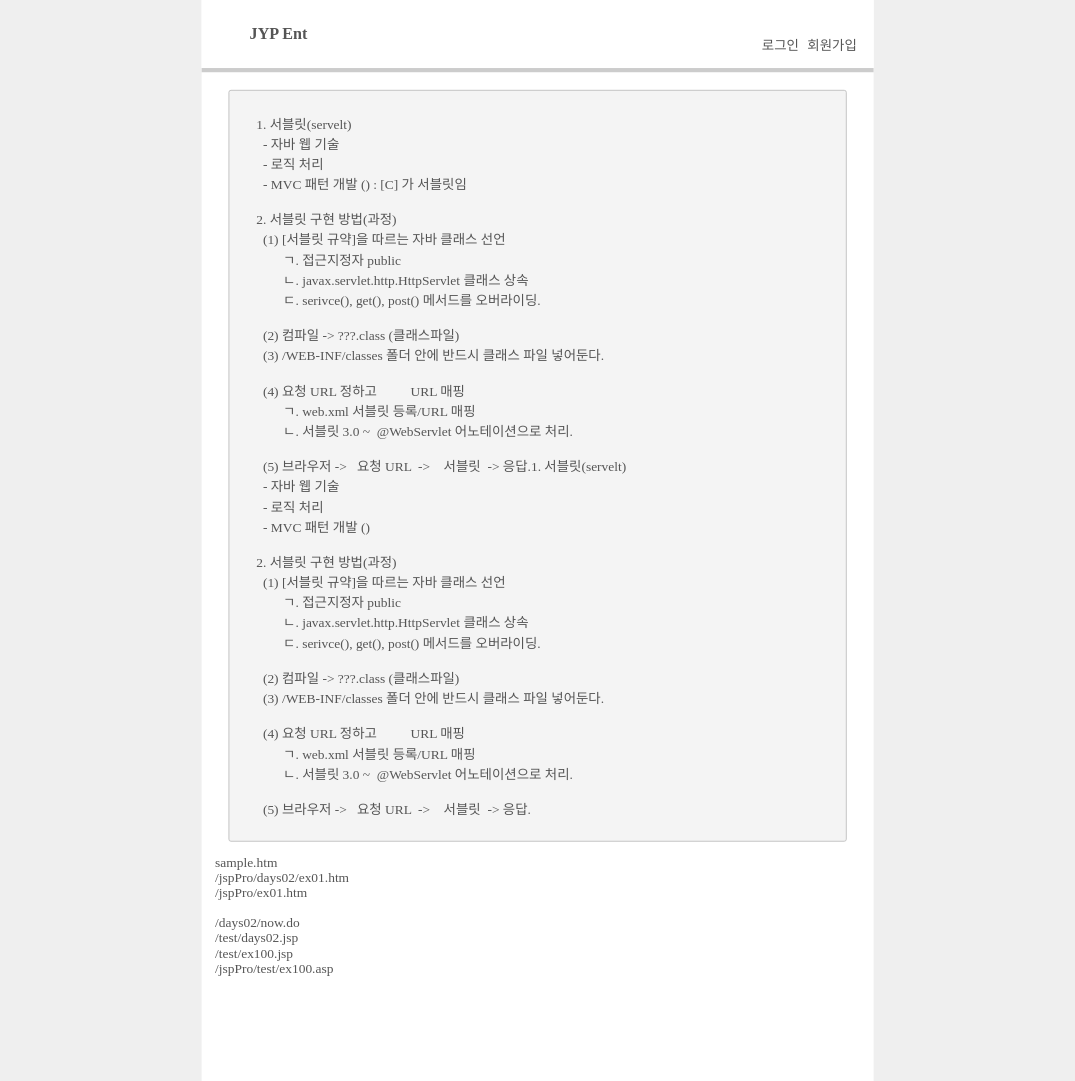
Repository: junyong231/JSP-SSIT
Page: http://localhost/jspPro/days02/ex03.jsp
An editor plug-in stored every save of this project. The page is shown before and after the next save, followed by the edit.
The browser window is 1280 px wide. The pictures show the whole page, at 84% of full size.
Some web fonts or font styles are not loaded; a fallback is used. The page is served by Tomcat 9. Other server files are loaded and not shown.

Above is the page before, as saved 2024-10-16 07:26:52.

### jspPro/src/main/webapp/days02/ex03.jsp
<%@ page contentType="text/html; charset=UTF-8" pageEncoding="UTF-8"%>
<!DOCTYPE html>
<html>
<head>
<meta charset="UTF-8">
<title>Insert title here</title>
<link rel="shortcut icon" type="image/x-icon" href="http://localhost/jspPro/images/SiSt.ico">
<script src="https://ajax.googleapis.com/ajax/libs/jquery/3.7.1/jquery.min.js"></script>
<meta name="viewport" content="width=device-width, initial-scale=1.0">
<meta name="google" content="notranslate">
<link rel="stylesheet" href="http://localhost/jspPro/resources/cdn-main/example.css">
<script src="http://localhost/jspPro/resources/cdn-main/example.js"></script>
<style>
 span.material-symbols-outlined{
    vertical-align: text-bottom;
 }
</style>
</head>
<body>
<header>
  <h1 class="main"><a href="#" style="position: absolute;top:30px;">JYP Ent</a></h1>
  <ul>
    <li><a href="#">로그인</a></li>
    <li><a href="#">회원가입</a></li>
  </ul>
</header>
<div>
  <xmp class="code">
    1. 서블릿(servelt)
      - 자바 웹 기술
      - 로직 처리
      - MVC 패턴 개발 () : [C] 가 서블릿임

    2. 서블릿 구현 방법(과정)
      (1) [서블릿 규약]을 따르는 자바 클래스 선언
            ㄱ. 접근지정자 public
            ㄴ. javax.servlet.http.HttpServlet 클래스 상속
            ㄷ. serivce(), get(), post() 메서드를 오버라이딩.

      (2) 컴파일 -> ???.class (클래스파일)
      (3) /WEB-INF/classes 폴더 안에 반드시 클래스 파일 넣어둔다.

      (4) 요청 URL 정하고          URL 매핑
            ㄱ. web.xml 서블릿 등록/URL 매핑
            ㄴ. 서블릿 3.0 ~  @WebServlet 어노테이션으로 처리.

      (5) 브라우저 ->   요청 URL  ->    서블릿  -> 응답.1. 서블릿(servelt)
      - 자바 웹 기술
      - 로직 처리
      - MVC 패턴 개발 ()

    2. 서블릿 구현 방법(과정)
      (1) [서블릿 규약]을 따르는 자바 클래스 선언
            ㄱ. 접근지정자 public
            ㄴ. javax.servlet.http.HttpServlet 클래스 상속
            ㄷ. serivce(), get(), post() 메서드를 오버라이딩.

      (2) 컴파일 -> ???.class (클래스파일)
      (3) /WEB-INF/classes 폴더 안에 반드시 클래스 파일 넣어둔다.

      (4) 요청 URL 정하고          URL 매핑
            ㄱ. web.xml 서블릿 등록/URL 매핑
            ㄴ. 서블릿 3.0 ~  @WebServlet 어노테이션으로 처리.

      (5) 브라우저 ->   요청 URL  ->    서블릿  -> 응답.
  </xmp>

  <a href="sample.htm">sample.htm</a><br />
  <a href="/jspPro/days02/ex01.htm">/jspPro/days02/ex01.htm</a><br />
  <a href="/jspPro/ex01.htm">/jspPro/ex01.htm</a><br /><br />

  <a href="/jspPro/days02/now.do">/days02/now.do</a><br />
  <a href="/test/days02.jsp">/test/days02.jsp</a><br />
  <a href="/test/ex100.jsp">/test/ex100.jsp</a><br />
  <a href="/jspPro/test/ex100.asp">/jspPro/test/ex100.asp</a><br />
</div>
</body>
</html>

### jspPro/src/main/webapp/resources/cdn-main/example.css
@charset "UTF-8";

@import url('https://fonts.googleapis.com/css2?family=Material+Symbols+Outlined:opsz,wght,FILL,GRAD@20..48,100..700,0..1,-50..200');

@font-face {
    font-family: 'GmarketSansMedium';
    src: url('https://cdn.jsdelivr.net/gh/projectnoonnu/noonfonts_2001@1.1/GmarketSansMedium.woff') format('woff');
    font-weight: normal;
    font-style: normal;
}

:root {
	--text-color: #555;
	--sub-text-color: #777;
	--back-color: #EFEFEF;
	--header-color: #444;
	--primary-color: #DEDEDE;
	--secondary-color: #EFEFEF;
	--default-width: 800px;
	--narrow-width: 500px;
	--wide-width: 1200px;
	--text-font: 'GmarketSansMedium';
	--icon-font: 'Material Symbols Outlined';
	--border-color: #CCC;
}

html, body {
	margin: 0;
	padding: 0;
}

html {
	background-color: var(--back-color);
	display: flex;
	justify-content: center;
	min-height: 100vh;
}

body, body.default {
	width: var(--default-width);
	background-color: white;
	padding-bottom: 120px;
}

body.wide {
	width: var(--wide-width);
}

body.narrow {
	width: var(--narrow-width);
}



body, p, div, span, a, input, select, option, textarea, button, table, th, td, label, fieldset, legend {
	font-family: var(--text-font);
	color: var(--text-color);
}

h1, h2, h3 {
	font-family: var(--text-font);
	color: var(--header-color);
	padding: 0 1rem;
	padding-top: .5rem;
}

div > h1, div > h2, div > h3 {
	padding: 0;
}

body > div, body > main > div {
	padding: 0.3rem 1rem;
}


h1 { font-size: 2rem; border-bottom: 1px solid var(--border-color); }
h1 small { font-size: 1.2rem; color: var(--sub-text-color); }
h2 { font-size: 1.5rem; border-bottom: 1px dashed var(--border-color); }
h2 small { font-size: 1.1rem; color: --sub-text-color; }
h3 { font-size: 1.2rem; }
h3 small { font-size: 1rem; color: --sub-text-color; }



h1.main::before {
	font-family: var(--icon-font);
  	content: '\e666';
  	margin-right: 10px;
  	float: left;
	font-size: 2.5rem;
}

h1.sub::before {
	font-family: var(--icon-font);
  	content: '\ea19';
  	margin-right: 10px;
  	float: left;
	font-size: 2.5rem;
}


h1.page::before {
	font-family: var(--icon-font);
  	content: '\e0e0';
  	margin-right: 10px;
  	float: left;
	font-size: 2.5rem;
}

body > header > ul > li > .active{
	background-color: #FFF;
	color:#F00;
}

body > header {
	display: flex;
	justify-content: space-between;
	border-bottom: 5px solid var(--border-color);
	min-height: 74px;
	background-color: #FFF;
}

body > header.sticky {
	position: sticky;
	top: 0;
	z-index: 98;
}

body > header > h1 {
	font-size: 1.2rem;
	border: 0;
}

body > header.in > h1::before {
	font-family: var(--icon-font);
  	content: '\e332‥';
  	margin-right: 3px;
  	float: left;
	font-size: 2rem;
}


body > header > ul {
	list-style-type: none;
	display: flex;
	align-items: flex-end;
	margin-right: 10px;
}

body > header > ul > li {
	margin-right: 10px;
	cursor: pointer;
}

body > header > ul > li > a {
	cursor: pointer;
}


form {
	display: block;
}

form > div {
	padding: 0.3rem 1rem;
}

div > form > div {
	padding: 0.3rem 0;
}

input, textarea, button, select {
	border: 1px solid #BBB;
	border-radius: 3px;
	outline: none;
	resize: none;
	padding: 7px;
	margin: 0;
}

input[type=text]:read-only, textarea:read-only {
	cursor: not-allowed;
	background-color: #FFF;
}

input[type=text]:disabled, textarea:disabled {
	cursor: not-allowed;
	background-color: #EEE;
}

input[type=text], input[type=password], textarea, button, select {
	/* width: 300px; */
}

textarea {
	display: block;
	height: 100px;
}

input[type=button], input[type=submit], button {
	/* width: inherit; */
}

input.short, textarea.short, button.short, select.short {
	width: 100px;
}

input.long, textarea.long, button.long, select.long {
	width: 350px;
}

.narrow input.long, .narrow textarea.long, .narrow button.long, .narrow select.long {
	width: calc(100% - 20px);
}

input.full, textarea.full, button.full, select.full {
	width: calc(100% - 20px);
}

textarea.short {
	height: 50px;
}

textarea.long {
	height: 100px;
}

textarea.full {
	height: 200px;
}

input, textarea {
	padding-top: 8px;
}

input[type=button], input[type=submit], button {
	padding: 5px 10px;
	background-color: var(--secondary-color);
	cursor: pointer;
	min-height: 36px;
}

input[type=button].primary, input[type=submit].primary, button.primary {
	/* background-color: rgba(100, 149, 237, .2); */
	background-color: var(--primary-color);
}

input[type=button].primary:hover, input[type=submit].primary:hover, button.primary:hover {
	/* background-color: rgba(100, 149, 237, .3); */
	background-color: var(--secondary-color);
}

input[type=button]:hover, input[type=submit]:hover, button:hover {
	background-color: var(--primary-color);
}

button {
	position: relative;
	left: 0;
	top: 0;
	padding-left: 35px;
}

button .material-symbols-outlined {
	position: absolute;
	left: 10px;
	top: 4px;
}

/* k2nik add */
button.login::before {
	font-family: var(--icon-font);
  	content: '\ea77';
	position: absolute;
	left: 11px;
	top: 4px;
	font-size: 1.25rem;
}

/* k2nik logout */
button.logout::before {
	font-family: var(--icon-font);
  	content: '\e9ba';
	position: absolute;
	left: 11px;
	top: 4px;
	font-size: 1.25rem;
}

/* k2nik help */
button.help::before {
	font-family: var(--icon-font);
  	content: '\f1c0';
	position: absolute;
	left: 11px;
	top: 4px;
	font-size: 1.25rem;
}

button.add::before{
	font-family: var(--icon-font);
  	content: '\e746';
	position: absolute;
	left: 11px;
	top: 4px;
	font-size: 1.25rem;
}

button.back::before {
	font-family: var(--icon-font);
  	content: '\e166';
	position: absolute;
	left: 11px;
	top: 4px;
	font-size: 1.25rem;
}

button.list::before {
	font-family: var(--icon-font);
  	content: '\e0ee';
	position: absolute;
	left: 11px;
	top: 4px;
	font-size: 1.25rem;
}


button.del::before {
	font-family: var(--icon-font);
  	content: '\e872';
	position: absolute;
	left: 11px;
	top: 4px;
	font-size: 1.25rem;
}


button.edit::before {
	font-family: var(--icon-font);
  	content: '\e745';
	position: absolute;
	left: 11px;
	top: 4px;
	font-size: 1.25rem;
}


button.login::before {
	font-family: var(--icon-font);
  	content: '\ea77';
	position: absolute;
	left: 11px;
	top: 4px;
	font-size: 1.25rem;
}


button.logout::before {
	font-family: var(--icon-font);
  	content: '\e9ba';
	position: absolute;
	left: 11px;
	top: 4px;
	font-size: 1.25rem;
}


button.in::before {
	font-family: var(--icon-font);
  	content: '\f71a';
	position: absolute;
	left: 11px;
	top: 4px;
	font-size: 1.25rem;
}


button.out::before {
	font-family: var(--icon-font);
  	content: '\f70e';
	position: absolute;
	left: 11px;
	top: 4px;
	font-size: 1.25rem;
}


button.reply::before {
	font-family: var(--icon-font);
  	content: '\e15e';
	position: absolute;
	left: 11px;
	top: 4px;
	font-size: 1.25rem;
}


button.comment::before {
	font-family: var(--icon-font);
  	content: '\e0b9';
	position: absolute;
	left: 11px;
	top: 4px;
	font-size: 1.25rem;
}


button.modal::before {
	font-family: var(--icon-font);
  	content: '\e89e';
	position: absolute;
	left: 11px;
	top: 4px;
	font-size: 1.25rem;
}


button.ok::before {
	font-family: var(--icon-font);
  	content: '\e86c';
	position: absolute;
	left: 11px;
	top: 4px;
	font-size: 1.25rem;
}


button.cancel::before {
	font-family: var(--icon-font);
  	content: '\e5c9';
	position: absolute;
	left: 11px;
	top: 4px;
	font-size: 1.25rem;
}

button.search::before {
	font-family: var(--icon-font);
  	content: '\e8b6';
	position: absolute;
	left: 11px;
	top: 4px;
	font-size: 1.25rem;
}

button.home::before {
	font-family: var(--icon-font);
  	content: '\e88a';
	position: absolute;
	left: 11px;
	top: 4px;
	font-size: 1.25rem;
}


button.sidebar::before {
	font-family: var(--icon-font);
  	content: '\f7e4';
	position: absolute;
	left: 11px;
	top: 4px;
	font-size: 1.25rem;
}


button.sidebar-right::before {
	font-family: var(--icon-font);
  	content: '\f7e5';
	position: absolute;
	left: 11px;
	top: 4px;
	font-size: 1.25rem;
}




button::before {
	font-family: var(--icon-font);
  	content: '\e323';
	position: absolute;
	left: 11px;
	top: 4px;
	font-size: 1.25rem;
}


table {
	border-collapse: collapse;
	margin: 1rem;
	box-sizing: border-box;
	width: calc(100% - 32px);
}

table.content {
	width: auto;
}

div > table {
	margin: 0;
}

table th, table td {
	border: 1px solid var(--border-color);
	padding: 7px;
	font-weight: normal;
}

table th {
	background-color: var(--back-color);
}

table.vertical th {
	width: 150px;
}

table.vertical td {
	width: calc(100% - 182px);
	padding-left: 10px;
}

table.content td, table.content th {
	width: auto;
}

body.narrow table.vertical th {
	width: 100px;
}

body.narrow table.vertical td {
	width: calc(100% - 182px);
}


table + table {
	margin-top: 30px;
}


p {
	padding: 0 1rem;
}

a {
	text-decoration: none;
}

a:hover {
	color: rgba(255, 99, 71, .7);
}

hr {
	border: 0;
	border-top: 1px solid var(--border-color);
	margin: 2rem 0;
}

.message {
	border: 1px solid var(--border-color);
	background-color: #EFEFEF;
	margin: 1rem;
	width: auto;
	padding-top: 10px;
	padding-bottom: 10px;
	font-size: 14px;
}

.message[title]::before {
	content: attr(title);
	display: block;
	border-bottom: 1px solid var(--border-color);
	padding-bottom: 5px;
	margin-bottom: 10px;
	margin-top: 7px;
}

.message.short {
	max-width: 250px;
}

.message.long {
	max-width: 500px;
}

.badge {
	float: right;
	font-size: .8rem;
	margin-top: 2px;
	margin-right: 2px;
	text-shadow: 0 0 7px gray;
}

.badge.left {
	float: none;
	margin-left: 2px;
}

.badge.right {
	float: right;
}

.badge.red {
	border-radius: 50%;
	padding: 2px 5px;
	background-color: rgb(255, 99, 71, .3);
}

.badge.yellow {

	border-radius: 50%;
	padding: 2px 5px;
	background-color: rgb(255, 215, 0, .5);
}

.badge.blue {
	border-radius: 50%;
	padding: 2px 5px;
	background-color: rgb(100, 149, 237, .3);
}

label + label {
	margin-left: 7px;
}

label input[type=checkbox], label input[type=radio] {
	transform: translate(0, 1px);
}

.group {
	display: flex;
}

.modal-content .group {
	margin-bottom: .5rem;
}

.group label {
	border: 1px solid #BBB;
	border-radius: 3px;
	outline: none;
	resize: none;
	padding: 7px 14px;
	margin: 0;
	border-top-right-radius: 0;
	border-bottom-right-radius: 0;
	background-color: #EFEFEF;
	white-space: nowrap;
	font-size: 14px;
}

.group input[type=text] {
	margin-left: -1px;
	border-top-left-radius: 0;
	border-bottom-left-radius: 0;
}

.group select {
	margin-left: -1px;
	border-top-left-radius: 0;
	border-bottom-left-radius: 0;
}

.group input.full[type=text] {
	margin-left: -1px;
	border-top-left-radius: 0;
	border-bottom-left-radius: 0;
	width: 100%;
}

.group input[type=button]:first-child, .group button:first-child {
	border-top-left-radius: 3px;
	border-bottom-left-radius: 3px;
	margin-left: 0px;
}

.group input[type=button], .group button {
	border-radius: 0;
	margin-left: -1px;
}

.group input[type=button]:last-child, .group button:last-child {
	margin-left: -1px;
	border-top-right-radius: 3px;
	border-bottom-right-radius: 3px;
}

.seperate {
	display: flex;
	justify-content: space-between;
}

div.list {
	width: max-content;
	margin: 1rem;
	border: 1px solid #BBB;
	border-radius: 3px;
	padding: 0;
}

div.list.full {
	width: auto;
	display: block;
	margin: 1rem;
	border: 1px solid #BBB;
	border-radius: 3px;
	padding: 0;
}

div.list > div {
	padding: .5rem 1rem;
	margin: 0;
	border-bottom: 1px solid #BBB;
}

div.list > div:last-child {
	border-bottom: 0;
}

pre.code , xmp.code{
	font-family: consols;
	background-color: rgba(150, 150, 150, .1);
	border: 1px solid #BBB;
	border-radius: 3px;
	padding: .5rem 1rem;
	padding-bottom: .6rem;
	margin: 1rem;
}




*[data-modal-window] {
	position: fixed;
	background-color: rgba(0, 0, 0, .3);
	left: 0;
	top: 0;
	display: none;
	justify-content: center;
	align-items: flex-start;
	width: 100%;
	min-height: 100vh;
	z-index: 100;
	opacity: 0;
	transition: 500ms all;
}

*[data-modal-window] .modal-container {
	border-radius: 5px;
	padding: 1rem;
	padding-bottom: .5rem;
	margin-top: -500px;
	opacity: 0;
	width: 500px;
	background-color: #FFF;
	margin-right: 2rem;
	transition: 500ms all;
}

*[data-modal-size=content] .modal-container {
	width: auto;
}

*[data-modal-size=narrow] .modal-container {
	width: 300px;
}

*[data-modal-size=wide] .modal-container {
	width: 760px;
}


*[data-modal-window] .modal-header {
	border-bottom: 1px solid var(--border-color);
	padding: 2px 5px;
}

*[data-modal-window] .modal-content {
	padding: 1rem 5px;
}

*[data-modal-window] .modal-content div:last-child {
	margin-top: 1rem;
	text-align: right;
}



*[data-sidebar-window] {
	position: fixed;
	background-color: #FFF;
	left: 0;
	top: 0;
	display: block;
	width: 300px;
	border-right: 1px solid var(--border-color);
	box-sizing: border-box;
	box-shadow: 0 0 3px var(--back-color);
	min-height: 100vh;
	z-index: 99;
	transform: translate(-300px, 0);
	transition-duration: 500ms;
	transition-property: transform;
}

*[data-sidebar-direction=right] {
	left: auto;
	right: 0;
	transform: translate(300px, 0);
	border-left: 1px solid var(--border-color);
}

*[data-sidebar-size=wide] {
	width: 500px;
	transform: translate(-500px, 0);
}

*[data-sidebar-window] .sidebar-title {
	border-bottom: 1px solid var(--border-color);
	margin-top: 20px;
	margin-bottom: 20px;
	padding-bottom: 5px;
	display: flex;
	justify-content: space-between;
}

*[data-sidebar-window] .sidebar-title span:last-child {
	cursor: pointer;
}


/* K2Nik pagination */
.center {
  text-align: center;
}

.pagination {
  display: inline-block;
}

.pagination a {
  color: black;
  float: left;
  padding: 3px 6px;
  text-decoration: none;
  transition: background-color .3s;
  border: 1px solid #ddd;
  margin: 0 3px;
}

.pagination a.active {
  background-color: #4CAF50;
  color: white;
  border: 1px solid #4CAF50;
}

.pagination a:hover:not(.active) {background-color: #ddd;}

### jspPro/src/main/webapp/resources/cdn-main/example.js

window.onload = () => {

    const list = document.querySelectorAll('input, textarea');

    list.forEach(item => {
        item.setAttribute('autocomplete', 'off');
    });


    const modal_btn_list = document.querySelectorAll('*[data-modal-button]');

    modal_btn_list.forEach(item => {
        item.onclick = function() {

            const name = this.dataset['modalButton'];
            const modal_window = document.querySelector('*[data-modal-window=' + name);

            const container = document.createElement('div');
            container.className = 'modal-container';



            const modal_header = document.createElement('div');
            modal_header.textContent = modal_window.dataset['modalTitle'];
            modal_header.className = 'modal-header';
            container.appendChild(modal_header);

            const modal_content = document.createElement('div');
            modal_content.className = 'modal-content';
            container.appendChild(modal_content);

            Array.from(modal_window.childNodes).forEach(item => {
                modal_content.appendChild(item);
            });

            modal_window.appendChild(container);

            modal_window.style.display = 'flex';

            setTimeout(() => {
                modal_window.style.opacity = 1;
                container.style.marginTop = '20px';
                container.style.opacity = 1;
            }, 50);


            const modal_ok = document.querySelector('*[data-modal-ok=' + name);
            modal_ok.addEventListener('click', function() {
                modal_window.style.opacity = 0;
                container.style.marginTop = '-500px';
                container.style.opacity = 0;

                setTimeout(() => {
                    modal_window.innerHTML = modal_content.innerHTML;
                    modal_window.style.display = 'none';
                }, 500);

            });

            const modal_cancel = document.querySelector('*[data-modal-cancel=' + name);
            modal_cancel.addEventListener('click', function() {

                modal_window.style.opacity = 0;
                container.style.marginTop = '-500px';
                container.style.opacity = 0;

                setTimeout(() => {
                    modal_window.innerHTML = modal_content.innerHTML;
                    modal_window.style.display = 'none';
                }, 500);
            });


        };
    });


    const sidebar_btn_list = document.querySelectorAll('*[data-sidebar-button]');

    sidebar_btn_list.forEach(item => {
        item.onclick = function() {



            const name = this.dataset['sidebarButton'];
            const sidebar_window = document.querySelector('*[data-sidebar-window=' + name);

            if (sidebar_window.style.transform == 'translate(0px, 0px)') return;



            sidebar_window.style.transform = 'translate(0, 0)';

            const sidebar_title = document.createElement('div');
            sidebar_title.className = 'sidebar-title';
            sidebar_title.innerHTML = '<span>' + sidebar_window.dataset['sidebarTitle'] + '</span><span class="material-symbols-outlined">close</span>';

            sidebar_title.children[1].onclick = function() {

                let sign = 1;
                let distance = 300;

                if (sidebar_window.dataset['sidebarDirection'] != 'right') {
                    sign = -1;
                } else {
                    sign = 1;
                }

                if (sidebar_window.dataset['sidebarSize'] != 'wide') {
                    distance = 300;
                } else {
                    distance = 500;
                }

                distance *= sign;

                sidebar_window.style.transform = 'translate(' + distance + 'px, 0)';

                setTimeout(function() {
                    sidebar_window.removeChild(sidebar_window.children[0]);
                }, 500);
            };


            sidebar_window.prepend(sidebar_title);

        }
    });

};

// window.onkeydown = function(event) {

//     if (event.keyCode == 27) {
//         if (document.querySelector('[data-modal-window').style.display == 'flex') {
//             document.querySelector('[data-modal-window').style.display = 'none';
//         }
//     }

// };

After the next save:
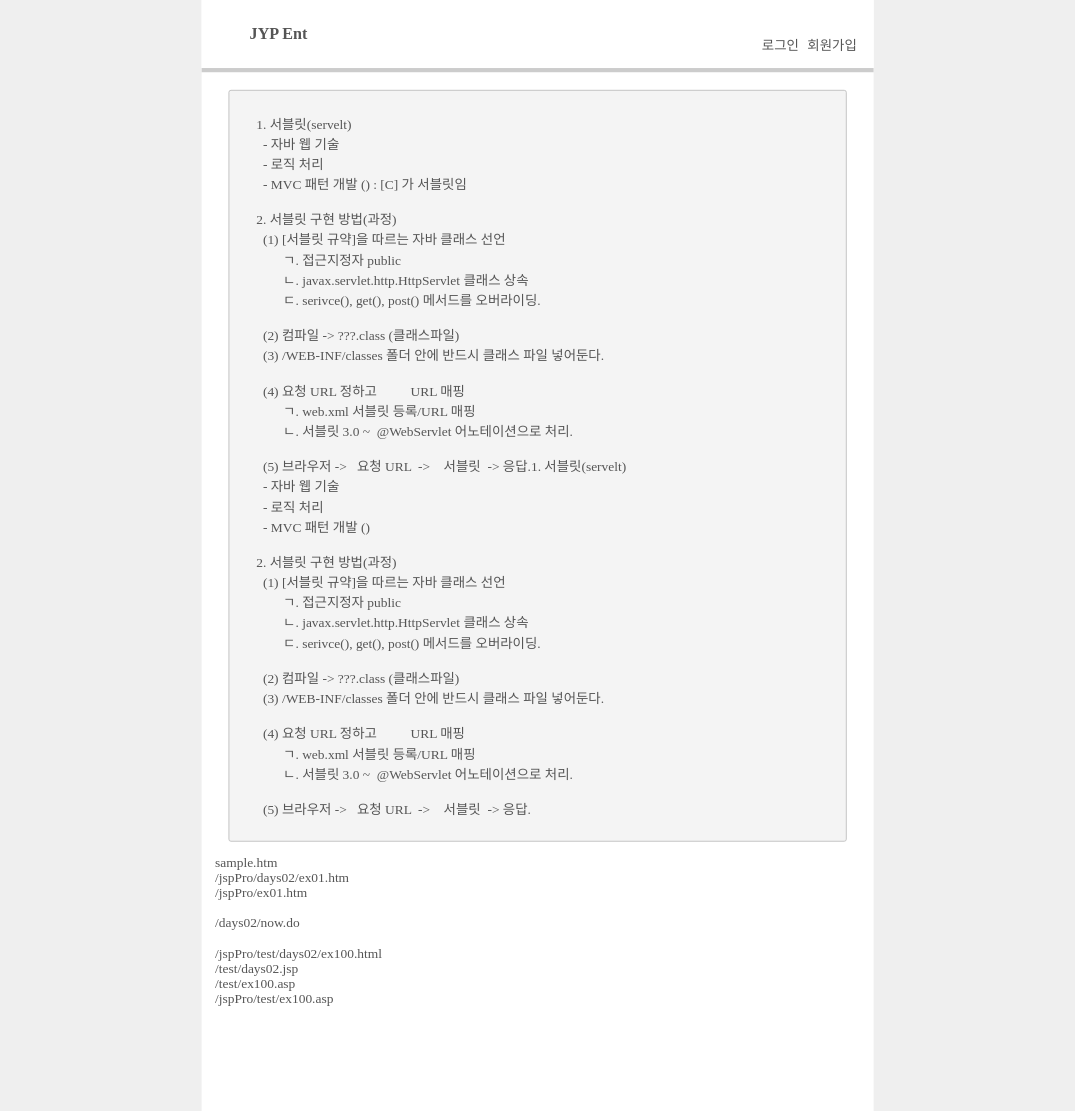
Saved 44 s later.
--- a/jspPro/src/main/webapp/days02/ex03.jsp
+++ b/jspPro/src/main/webapp/days02/ex03.jsp
@@ -69,10 +69,14 @@
   <a href="/jspPro/days02/ex01.htm">/jspPro/days02/ex01.htm</a><br />
   <a href="/jspPro/ex01.htm">/jspPro/ex01.htm</a><br /><br />
 
-  <a href="/jspPro/days02/now.do">/days02/now.do</a><br />
-  <a href="/test/days02.jsp">/test/days02.jsp</a><br />
-  <a href="/test/ex100.jsp">/test/ex100.jsp</a><br />
-  <a href="/jspPro/test/ex100.asp">/jspPro/test/ex100.asp</a><br />
+  <a href="/jspPro/days02/now.do">/days02/now.do</a><br /><br />
+
+<!-- <url-pattern>/test/*</url-pattern> -->
+  <a href="/jspPro/test/days02/ex100.html">/jspPro/test/days02/ex100.html</a><br>
+  <a href="/test/days02.jsp">/test/days02.jsp</a><br>
+  <a href="/test/ex100.asp">/test/ex100.asp</a><br>
+  <a href="/jspPro/test/ex100.asp">/jspPro/test/ex100.asp</a><br>
+
 </div>
 </body>
 </html>
